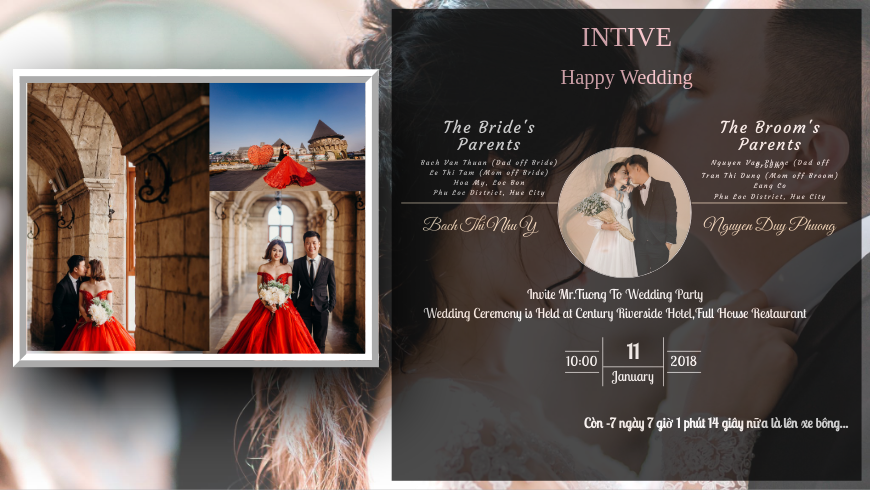
Repository: nguyenhuutuong999/WeddingOfSister
Page: index.html
The author's editor kept a copy of each file at every save. The page is drawn from the files as they stood at one save, then again after a run of saves.
The browser window is 1280 px wide. The pictures show the whole page, at 68% of full size.
Some web fonts or font styles are not loaded; a fallback is used.

Above is the page before, as saved 2019-09-17 17:05:04.

After the next 2 saves:
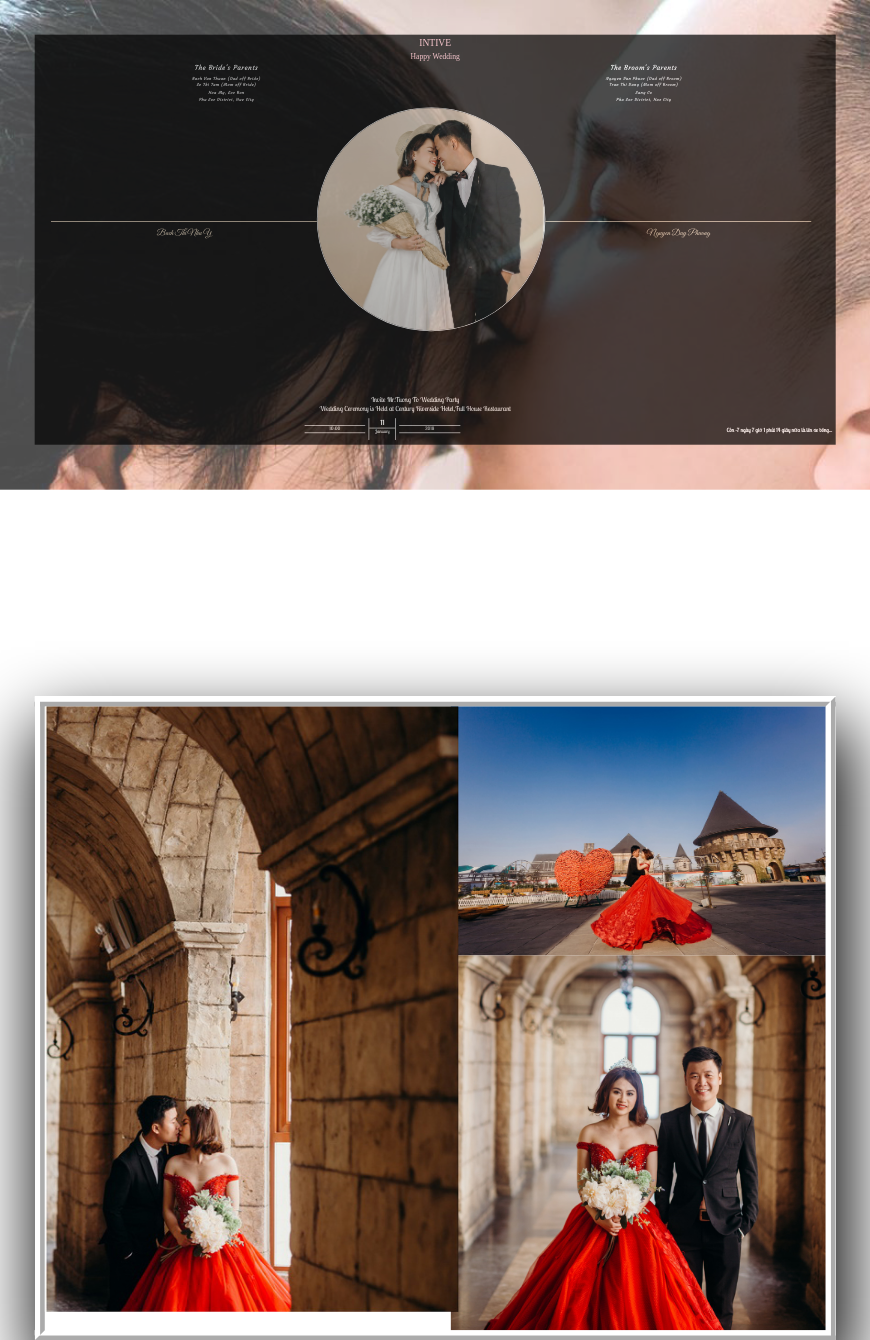
The 2 saves are shown as one change because they came seconds apart.
The last was saved 5 s later.
--- a/style.css
+++ b/style.css
@@ -333,7 +333,7 @@ body,html{
 
   }
 
-  @media only screen and (max-width: 1px) {
+  @media only screen and (max-width: 1280px) {
 
     #container{
         display: inline-block;
